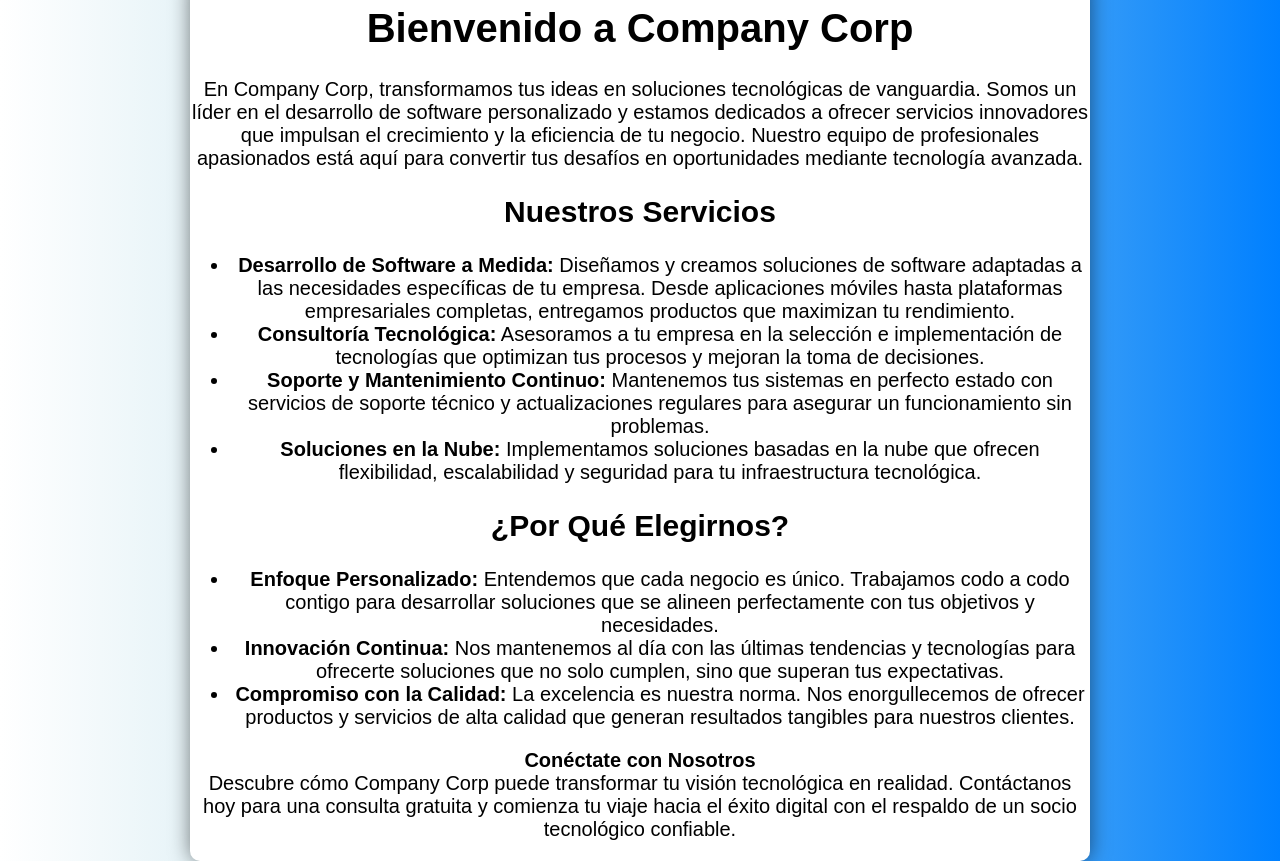
Repository: ANGELEDU141/TAREAWEBEWJASJDASJ
Page: http://localhost/JAVAWEBTAREA/WEB-INF/views/definicion.jsp
An editor plug-in stored every save of this project. The page is shown before and after the next save, followed by the edit.
The browser window is 1280 px wide. The pictures show the whole page.
The page is served by Tomcat 9. Nobody is signed in. Other server files are loaded and not shown. The template is opened directly, without the code that normally fills it, so the values that code supplies are empty.

Above is the page before, as saved 2024-09-01 10:45:17.

### JAVAWEBTAREA/src/main/webapp/WEB-INF/views/definicion.jsp
<%@ page language="java" contentType="text/html; charset=UTF-8"
    pageEncoding="UTF-8"%>
<!DOCTYPE html>
<html>
<head>
<meta charset="UTF-8">
<title>COMPANY CORP</title>
<link rel="icon" href="https://static.vecteezy.com/system/resources/previews/008/214/517/non_2x/abstract-geometric-logo-or-infinity-line-logo-for-your-company-free-vector.jpg">
</head>
<style>

        body {
        margin: 0;
        padding: 60px;
        height: 100vh;
        display: flex;
        align-items:center;
         flex-direction: column;
        justify-content: center; /* Centra horizontalmente */
        align-items: center; /* Centra verticalmente */
        font-family: Arial, sans-serif;
		background: linear-gradient(to right, rgb(255, 255, 255), rgb(173, 216, 230), rgb(0, 128, 255));

    }
    .container {

        max-width: 900px;

        background-color: white;
        box-shadow: 0px 0px 20px rgba(0, 0, 0, 0.5);
        text-align: center;
        border-radius: 10px;
        font-size: 20px;

    }
</style>
</head>
<body>
 <div class="container">
        <h1>Bienvenido a Company Corp</h1>
        <p>En Company Corp, transformamos tus ideas en soluciones tecnológicas de vanguardia. Somos un líder en el desarrollo de software personalizado y estamos dedicados a ofrecer servicios innovadores que impulsan el crecimiento y la eficiencia de tu negocio. Nuestro equipo de profesionales apasionados está aquí para convertir tus desafíos en oportunidades mediante tecnología avanzada.</p>

        <div class="services">
            <h2>Nuestros Servicios</h2>
            <ul>
                <li><strong>Desarrollo de Software a Medida:</strong> Diseñamos y creamos soluciones de software adaptadas a las necesidades específicas de tu empresa. Desde aplicaciones móviles hasta plataformas empresariales completas, entregamos productos que maximizan tu rendimiento.</li>
                <li><strong>Consultoría Tecnológica:</strong> Asesoramos a tu empresa en la selección e implementación de tecnologías que optimizan tus procesos y mejoran la toma de decisiones.</li>
                <li><strong>Soporte y Mantenimiento Continuo:</strong> Mantenemos tus sistemas en perfecto estado con servicios de soporte técnico y actualizaciones regulares para asegurar un funcionamiento sin problemas.</li>
                <li><strong>Soluciones en la Nube:</strong> Implementamos soluciones basadas en la nube que ofrecen flexibilidad, escalabilidad y seguridad para tu infraestructura tecnológica.</li>
            </ul>
        </div>

        <div class="why-choose-us">
            <h2>¿Por Qué Elegirnos?</h2>
            <ul>
                <li><strong>Enfoque Personalizado:</strong> Entendemos que cada negocio es único. Trabajamos codo a codo contigo para desarrollar soluciones que se alineen perfectamente con tus objetivos y necesidades.</li>
                <li><strong>Innovación Continua:</strong> Nos mantenemos al día con las últimas tendencias y tecnologías para ofrecerte soluciones que no solo cumplen, sino que superan tus expectativas.</li>
                <li><strong>Compromiso con la Calidad:</strong> La excelencia es nuestra norma. Nos enorgullecemos de ofrecer productos y servicios de alta calidad que generan resultados tangibles para nuestros clientes.</li>
            </ul>
        </div>

        <p><strong>Conéctate con Nosotros</strong><br>Descubre cómo Company Corp puede transformar tu visión tecnológica en realidad. Contáctanos hoy para una consulta gratuita y comienza tu viaje hacia el éxito digital con el respaldo de un socio tecnológico confiable.</p>
    </div>
</body>

After the next save:
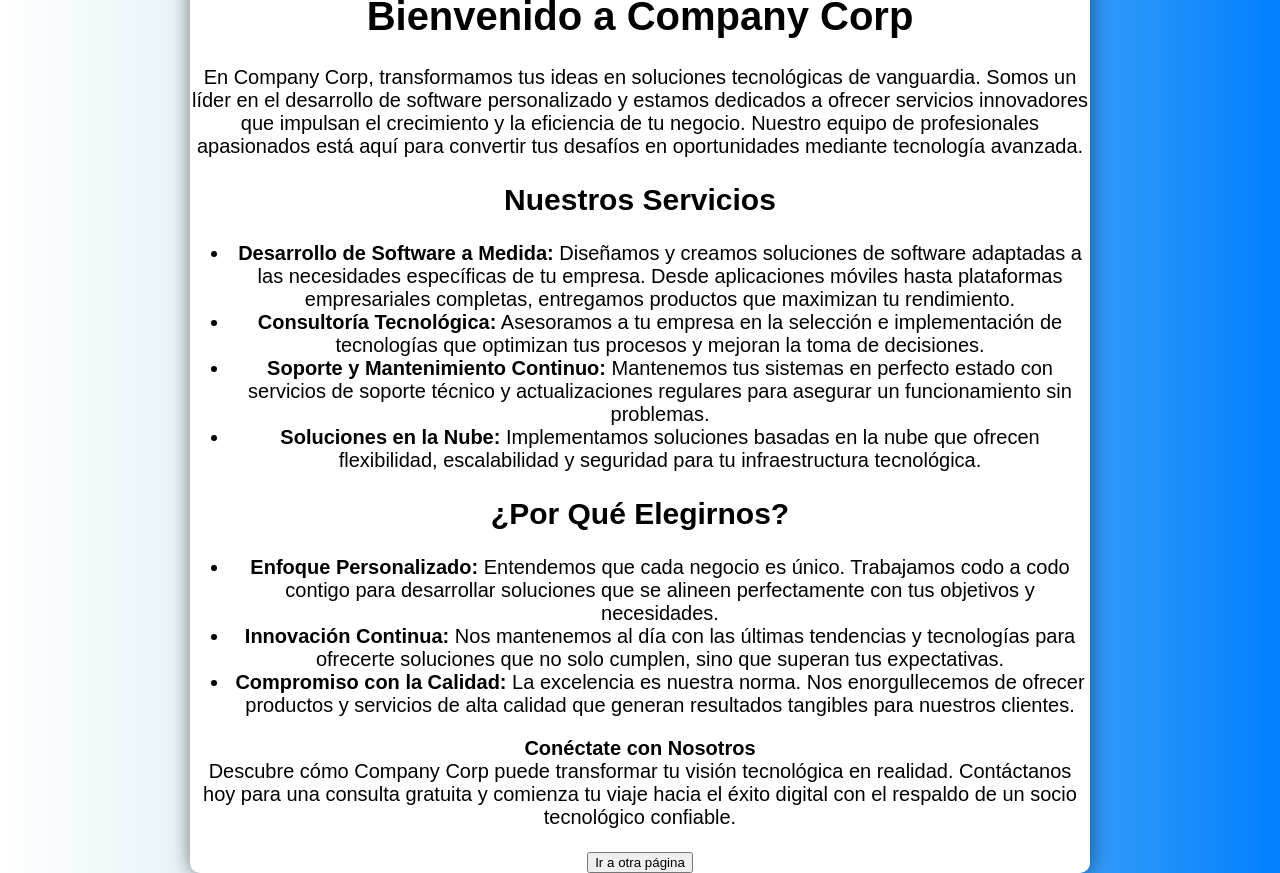
Saved 42 s later.
--- a/JAVAWEBTAREA/src/main/webapp/WEB-INF/views/definicion.jsp
+++ b/JAVAWEBTAREA/src/main/webapp/WEB-INF/views/definicion.jsp
@@ -60,5 +60,7 @@
         </div>
 
         <p><strong>Conéctate con Nosotros</strong><br>Descubre cómo Company Corp puede transformar tu visión tecnológica en realidad. Contáctanos hoy para una consulta gratuita y comienza tu viaje hacia el éxito digital con el respaldo de un socio tecnológico confiable.</p>
+
+         <button class="redirect-button" onclick="alert(window.location.href='${pageContext.request.contextPath}/concepto');">Ir a otra página</button>
     </div>
 </body>
